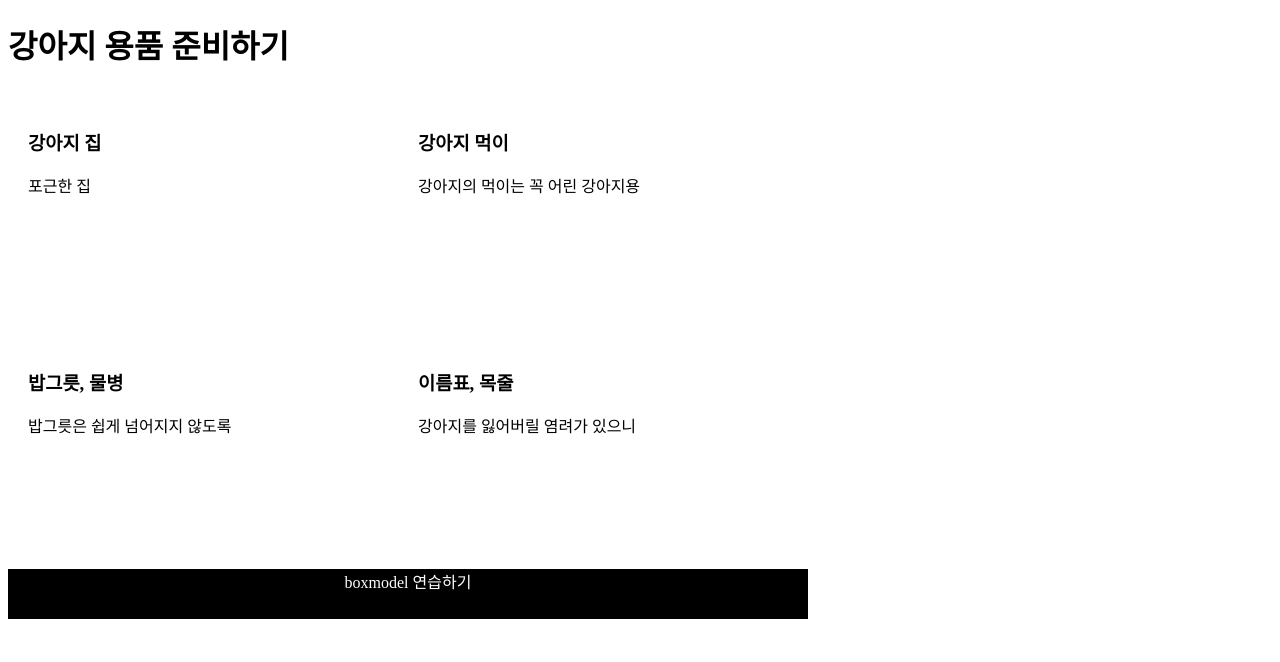
Repository: itkezi/HTML_2022_505
Page: Web/WebContent/HTML/0329_EX.html
These files come from the project's save history. The page is drawn as it stood at one moment and after the next save; the edit follows.
The browser window is 1280 px wide. The pictures show the whole page.

Above is the page before, as saved 2022-03-29 04:48:53.

### Web/WebContent/HTML/0329_EX.html
<!DOCTYPE html>
<html>
<head>
<meta charset="UTF-8">
<title>290p</title>
<style>
#container {
	width:800px;
	}

#house, #food, #bowl, #nametag {
	border:bashed 1px #aaa;
	width:350px;
	height:200px;
	margin:10px;
	padding:10px;
	}

#house {
	float :left;
	}
#food {
	float :left;
	}
#bowl {
	float :left;
	}
#nametag {
	float :left;
	}
#footer {
	width:100%;
	height:50px;
	clear:left;
	background-color: black;
	}
#footer p {
	color:white;
	text-align: center;
	}
</style>

</head>
<body>

<h1>강아지 용품 준비하기</h1>

<div id='container'>
	<div id='house'>
		<h3>강아지 집</h3>
		<p>포근한 집</p>
	</div>
	<div>
		<div id='food'>
			<h3>강아지 먹이</h3>
			<p>강아지의 먹이는 꼭 어린 강아지용</p>
		</div>
	</div>
	<div>
		<div id='bowl'>
			<h3>밥그릇, 물병</h3>
			<p>밥그릇은 쉽게 넘어지지 않도록</p>
		</div>
	</div>
	<div>
		<div id='nametag'>
			<h3>이름표, 목줄</h3>
			<p>강아지를 잃어버릴 염려가 있으니</p>
		</div>
		<div id='footer'>
			<p>boxmodel 연습하기</p>
		</div>
</div>
</div>
</body>
</html>

After the next save:
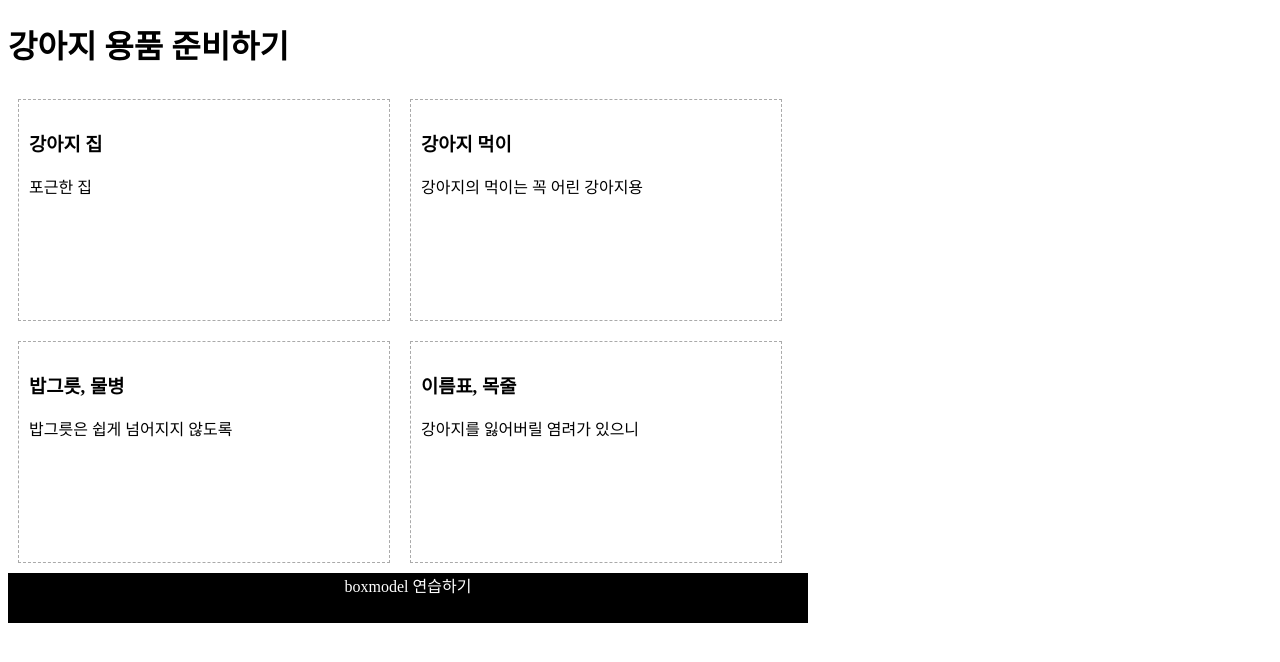
Saved 39 s later.
--- a/Web/WebContent/HTML/0329_EX.html
+++ b/Web/WebContent/HTML/0329_EX.html
@@ -9,7 +9,7 @@
 	}
 
 #house, #food, #bowl, #nametag {
-	border:bashed 1px #aaa;
+	border:dashed 1px #aaa;
 	width:350px;
 	height:200px;
 	margin:10px;
